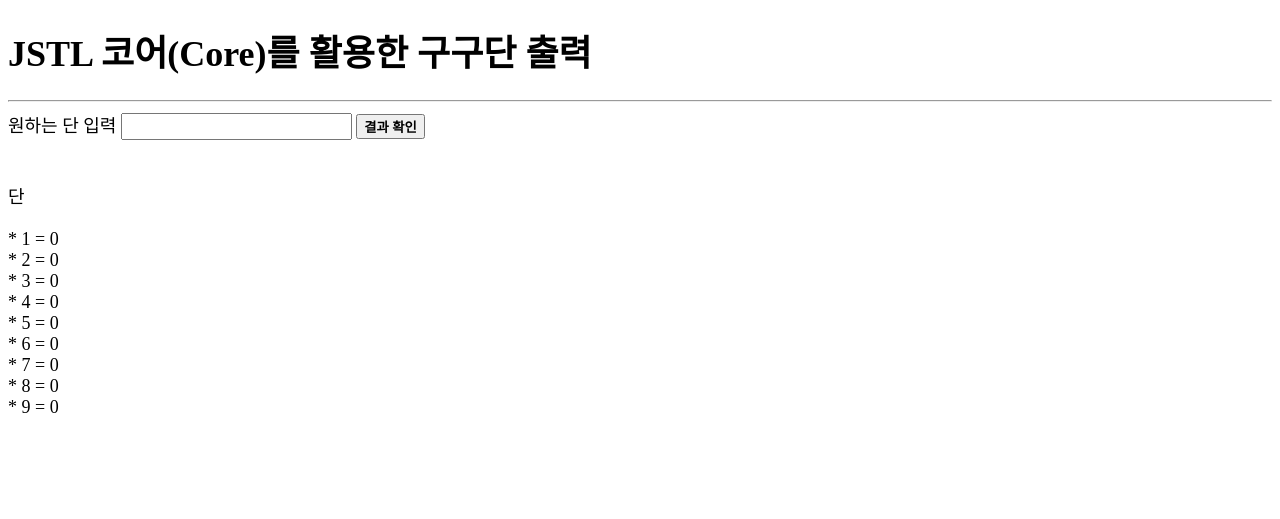
Repository: onpul/Web
Page: http://localhost/WebApp22/Gugudan.jsp
The author's editor kept a copy of each file at every save. The page is drawn from the files as they stood at one save, then again after the next save.
The browser window is 1280 px wide. The pictures show the whole page.
The page is served by Tomcat 9. Other server files are loaded and not shown.

Above is the page before, as saved 2022-04-29 08:03:31.

### WebApp22/WebContent/Gugudan.jsp
<%@ page contentType="text/html; charset=UTF-8"%>
<%@ taglib prefix="c" uri="http://java.sun.com/jsp/jstl/core"%>
<%
	request.setCharacterEncoding("UTF-8");
	String cp = request.getContextPath();
%>
<!DOCTYPE html>
<html>
<head>
<meta charset="UTF-8">
<title>Gugudan.jsp</title>
<link rel="stylesheet" type="text/css" href="<%=cp %>/css/main.css">
</head>
<body>

<!-- 원하는 단을 입력받아 구구단을 출력하는 JSP 페이지를 구성한다.
     단, JSTL Core if 문과 forEach 구문을 활용한다. -->

<div>
	<h1>JSTL 코어(Core)를 활용한 구구단 출력</h1>
	<hr>
</div>

<div>
	<form action="">
		원하는 단 입력 <input type="text" name="dan" class="txt"/>

		<button type="submit" class="btn">결과 확인</button>
	</form>
</div>
<br><br>
<div>
	<!-- 결과 처리 -->
	${param.dan } 단<br><br>
	<c:forEach var="a" begin="1" end="9" step="1">
		${param.dan} * ${a } = ${param.dan * a} <br>
	</c:forEach>
</div>

</body>
</html>

### WebApp22/WebContent/css/main.css
@charset "UTF-8";

*
{
	font-family: 맑은고딕;
	color: black;
}

body, p, div, span, input, table, th, td, select
{
	font-size: 18px;
}

.control
{
	border: 1px solid gray;
	border-radius: 3px;
}

.table
{
	border-collapse: collapse;
	width: 100%;
}

.table th, .table td
{
	border: 1px solid gray;
	border-left: 0px;
	border-right: 0px;
	padding: 3px;
	line-height: 150%;
}

.table th
{
	font-weight: bold;
	background-color: #eeeeee;
}

.btn
{
	font-weight: bold;
}

.btn:hover
{
	color: white;
	background-color: #787;
}

After the next save:
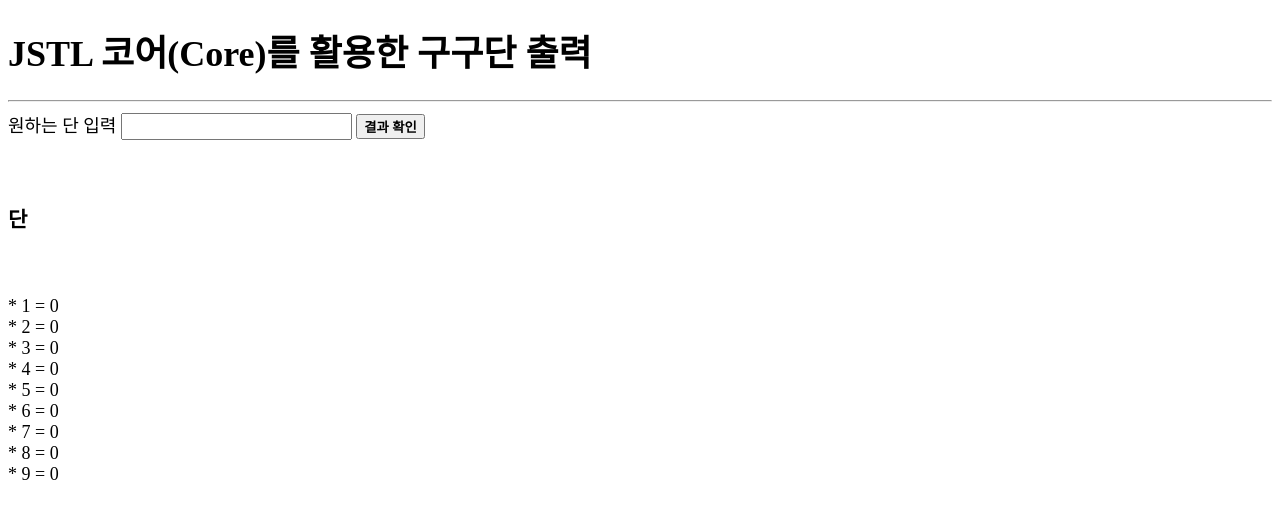
Saved 10 s later.
--- a/WebApp22/WebContent/Gugudan.jsp
+++ b/WebApp22/WebContent/Gugudan.jsp
@@ -31,7 +31,7 @@
 <br><br>
 <div>
 	<!-- 결과 처리 -->
-	${param.dan } 단<br><br>
+	<h3>${param.dan } 단</h3><br><br>
 	<c:forEach var="a" begin="1" end="9" step="1">
 		${param.dan} * ${a } = ${param.dan * a} <br>
 	</c:forEach>
